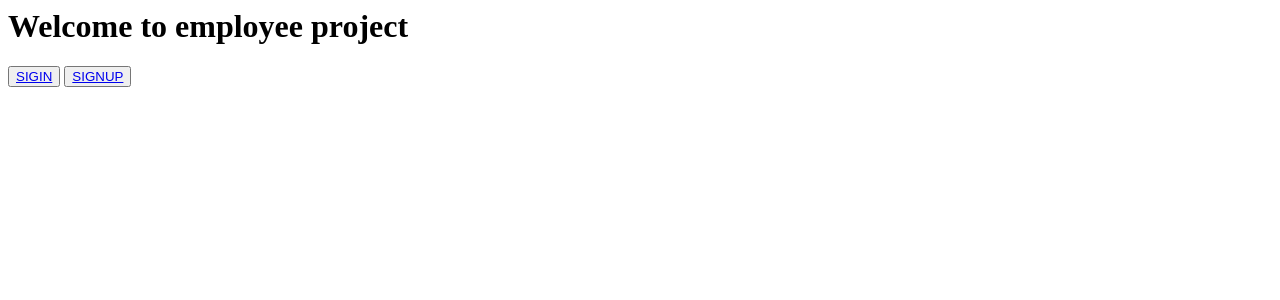
Repository: muzamil-mia/Advance_java_jspiders
Page: http://localhost/employee_servlet_project/
These files come from the project's save history. The page is drawn as it stood at one moment and after the next save; the edit follows.
The browser window is 1280 px wide. The pictures show the whole page.
The page is served by Tomcat 9. Other server files are loaded and not shown.

Above is the page before, as saved 2024-02-19 11:06:28.

### employee_servlet_project/src/main/webapp/index.jsp
<html>
<head>
<style>

</style>
</head>
<body>
	<h1>Welcome to employee project</h1>
	<button>
		<a href="login.html">SIGIN</a>
	</button>
	<button>
		<a href="register.html">SIGNUP</a>
	</button>
</body>
</html>

After the next save:
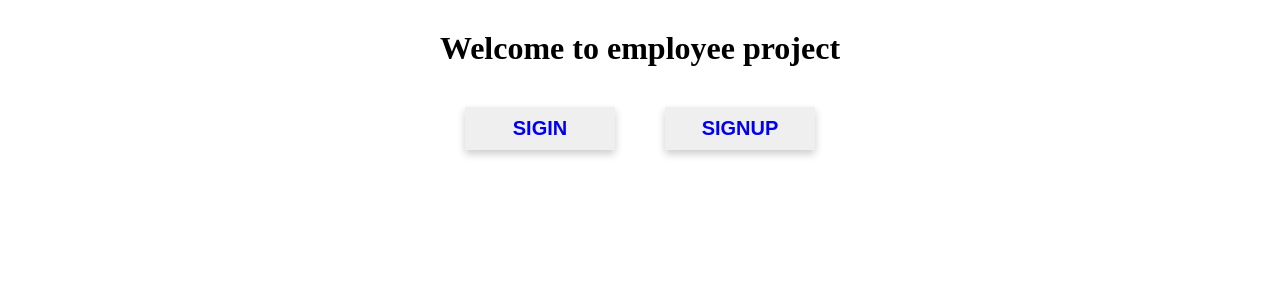
Saved 40 min 40 s later.
--- a/employee_servlet_project/src/main/webapp/index.jsp
+++ b/employee_servlet_project/src/main/webapp/index.jsp
@@ -1,16 +1,55 @@
 <html>
 <head>
 <style>
+*{
+        padding: 0;
+        margin: 0;
 
+      }
+      h1{
+        text-align: center;
+        margin-top: 30px;
+      }
+      div{
+        /* border: 2px solid; */
+        margin-top: 40px;
+        width: 400px;
+        margin: auto;
+        display: flex;
+        justify-content: space-around;
+        margin-top: 40px;
+      }
+      button{
+        width: 150px;
+        padding: 10px 20px;
+        display: block;
+        box-shadow: 0 4px 8px rgba(0, 0, 0, 0.2);
+        border: none;
+      }
+      button a{
+        text-decoration: none;
+        font-weight: bolder;
+        font-size: 20px;
+      }
+      button:hover{
+        background-color: aliceblue;
+        transition: all 1s;
+      }
+      button:hover a{
+        color: black;
+        transition: all 1s;
+      }
 </style>
 </head>
 <body>
 	<h1>Welcome to employee project</h1>
-	<button>
-		<a href="login.html">SIGIN</a>
-	</button>
-	<button>
-		<a href="register.html">SIGNUP</a>
-	</button>
+	<div>
+    <button>
+      <a href="login.html">SIGIN</a>
+    </button>
+    <button>
+      <a href="register.html">SIGNUP</a>
+    </button>
+  </div>
 </body>
 </html>
